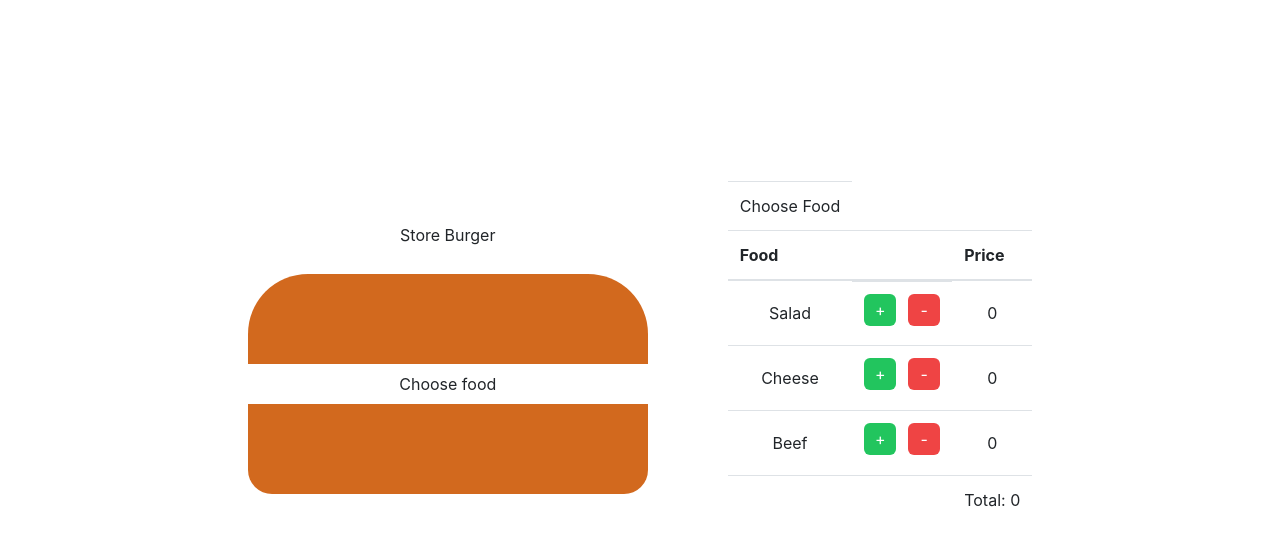
Repository: baobaodeveloper/bootcamp21_HuynhAnhBao_Burger
Page: /
These files come from the project's save history. The page is drawn as it stood at one moment and after the next save; the edit follows.
The browser window is 1280 px wide. The pictures show the whole page.
The project was rebuilt for these pictures with package versions that can differ from the ones it lists, and the page was loaded fresh each time. Also part of the build but not shown: vite.config.js.

Above is the page before, as saved 2022-05-15 19:00:26.

After the next save:
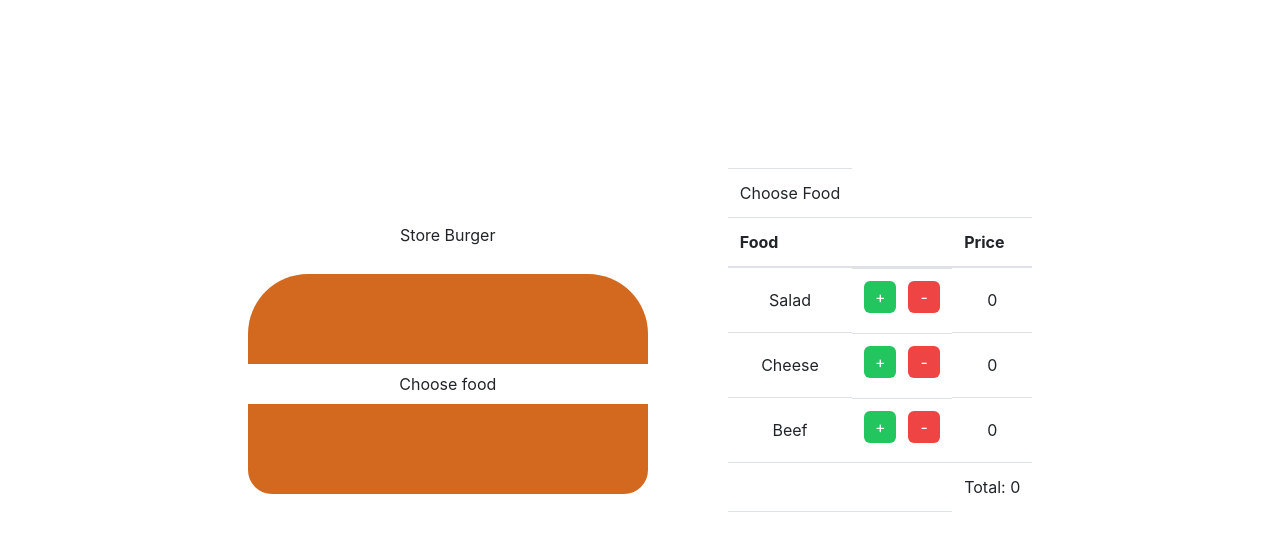
Saved 31 s later.
--- a/src/components/dataBuger/Burger.jsx
+++ b/src/components/dataBuger/Burger.jsx
@@ -83,6 +83,10 @@ export default function Burger() {
                   {dataQtyFood.reduce((acc, item) => acc + item.value, 0)}
                 </td>
               </tr>
+              <tr>
+                <td></td>
+                <td></td>
+              </tr>
             </tbody>
           </table>
         </div>
